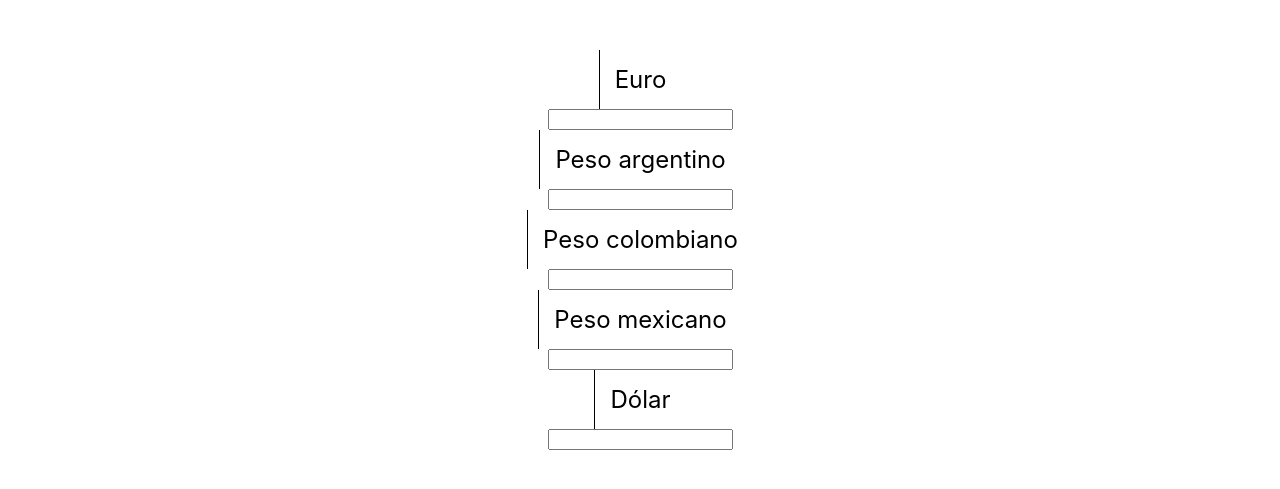
Repository: abgdev1997/ejercicios-react
Page: /
An editor plug-in stored every save of this project. The page is shown before and after the next save, followed by the edit.
The browser window is 1280 px wide. The pictures show the whole page.
The project was rebuilt for these pictures with package versions that can differ from the ones it lists, and the page was loaded fresh each time.

Above is the page before, as saved 2022-02-22 14:04:38.

After the next save:
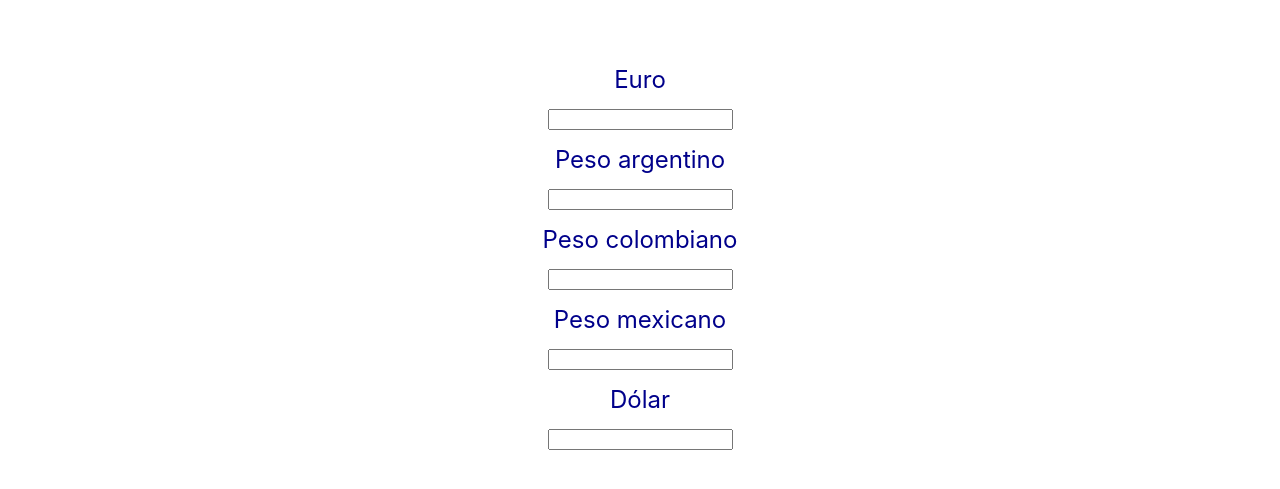
Saved 33 s later.
--- a/src/AppConversor.css
+++ b/src/AppConversor.css
@@ -8,5 +8,5 @@
 .label{
     padding: 15px;
     font-size: 1.5rem;
-    border-left: 1px solid black;
+    color:darkblue;
 }
